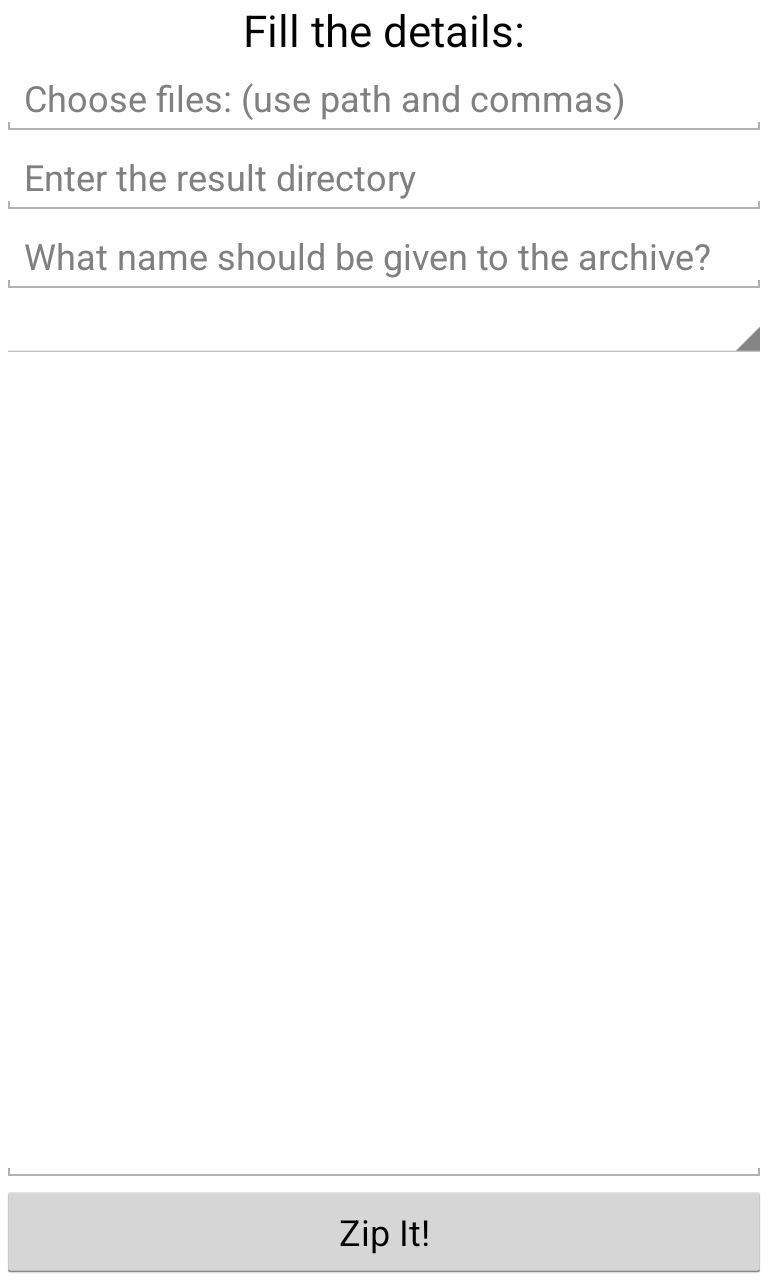
Repository: ya-ivanov/Android-Projects
Layout: Android Projects (OLD)/Zip It!/ZipIt/res/layout/activity_main.xml
An editor plug-in stored every save of this project. The layout is shown before and after the next save, followed by the edit.
It is drawn on a 768 x 1280 px phone screen (xhdpi) without system bars, with theme AppTheme; the app's code is not run.

Above is the layout before, as saved 2013-12-11 20:29:39.

### Android Projects (OLD)/Zip It!/ZipIt/res/layout/activity_main.xml
<LinearLayout xmlns:android="http://schemas.android.com/apk/res/android"
    android:layout_width="fill_parent"
    android:layout_height="fill_parent"
    android:orientation="vertical" >

    <TextView
        android:id="@+id/textView1"
        android:layout_width="match_parent"
        android:layout_height="wrap_content"
        android:gravity="center_horizontal"
        android:text="Fill the details:"
        android:textAppearance="?android:attr/textAppearanceLarge" />

    <EditText
        android:id="@+id/files"
        android:layout_width="match_parent"
        android:layout_height="wrap_content"
        android:ems="10"
        android:hint="Choose files: (use path and commas)"
        android:singleLine="true">
    </EditText>

    <EditText
        android:id="@+id/endDir"
        android:layout_width="match_parent"
        android:layout_height="wrap_content"
        android:ems="10"
        android:hint="Enter the result directory"
         android:singleLine="true">
    </EditText>

    <EditText
        android:id="@+id/archiveName"
        android:layout_width="match_parent"
        android:layout_height="wrap_content"
        android:ems="10"
        android:hint="What name should be given to the archive?"
         android:singleLine="true">
    </EditText>

    <Spinner
        android:id="@+id/spinner"
        android:layout_width="fill_parent"
        android:layout_height="wrap_content" />

    <EditText
        android:id="@+id/editText1"
        android:layout_width="match_parent"
        android:layout_height="wrap_content"
        android:layout_weight="1"
        android:ems="10"
        android:gravity="top" >

    </EditText>

    <Button
        android:id="@+id/button1"
        android:layout_width="match_parent"
        android:layout_height="wrap_content"
        android:text="Zip It!" />

</LinearLayout>

Loaded but not shown: Android Projects (OLD)/Zip It!/ZipIt/res/values/styles.xml (common file); Android Projects (OLD)/Zip It!/ZipIt/res/values-v11/styles.xml (common file); Android Projects (OLD)/Zip It!/ZipIt/res/values-v14/styles.xml (common file)

After the next save:
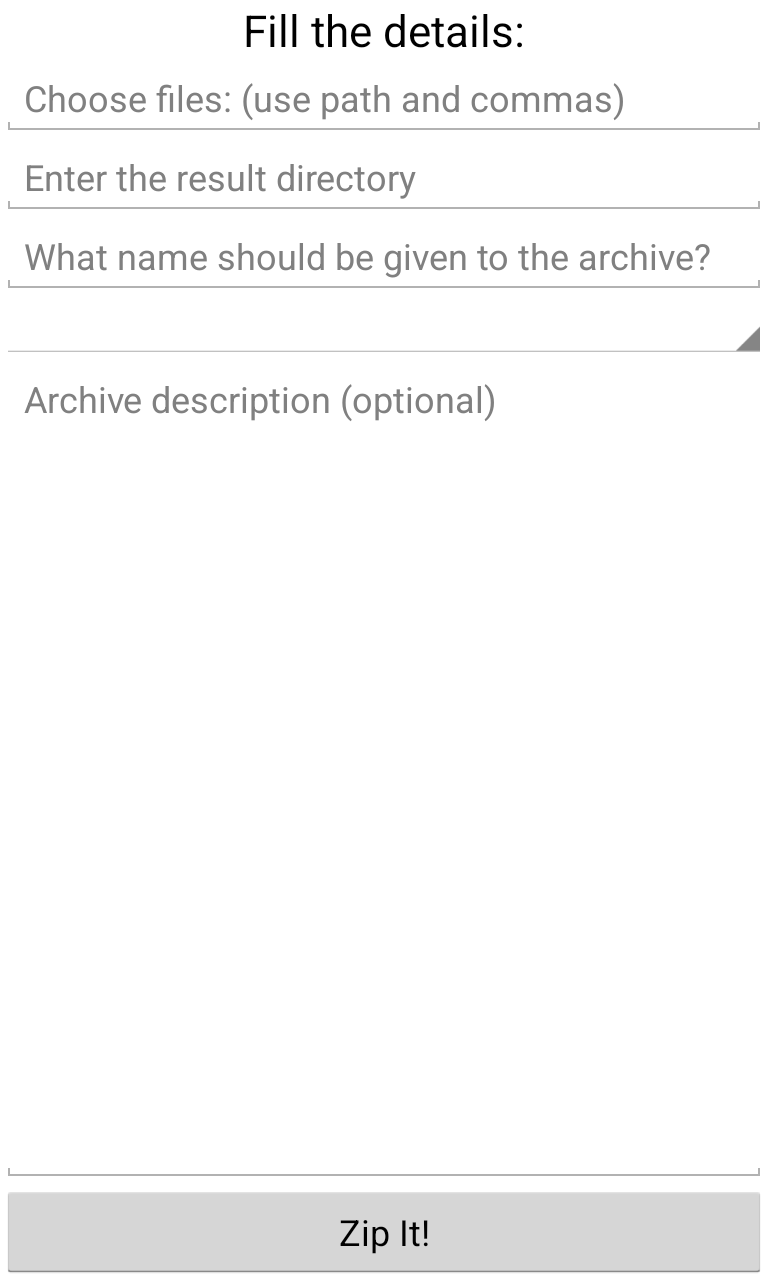
Saved 26 s later.
--- a/Android Projects (OLD)/Zip It!/ZipIt/res/layout/activity_main.xml
+++ b/Android Projects (OLD)/Zip It!/ZipIt/res/layout/activity_main.xml
@@ -49,6 +49,7 @@
         android:layout_height="wrap_content"
         android:layout_weight="1"
         android:ems="10"
+        android:hint="Archive description (optional)"
         android:gravity="top" >
 
     </EditText>
